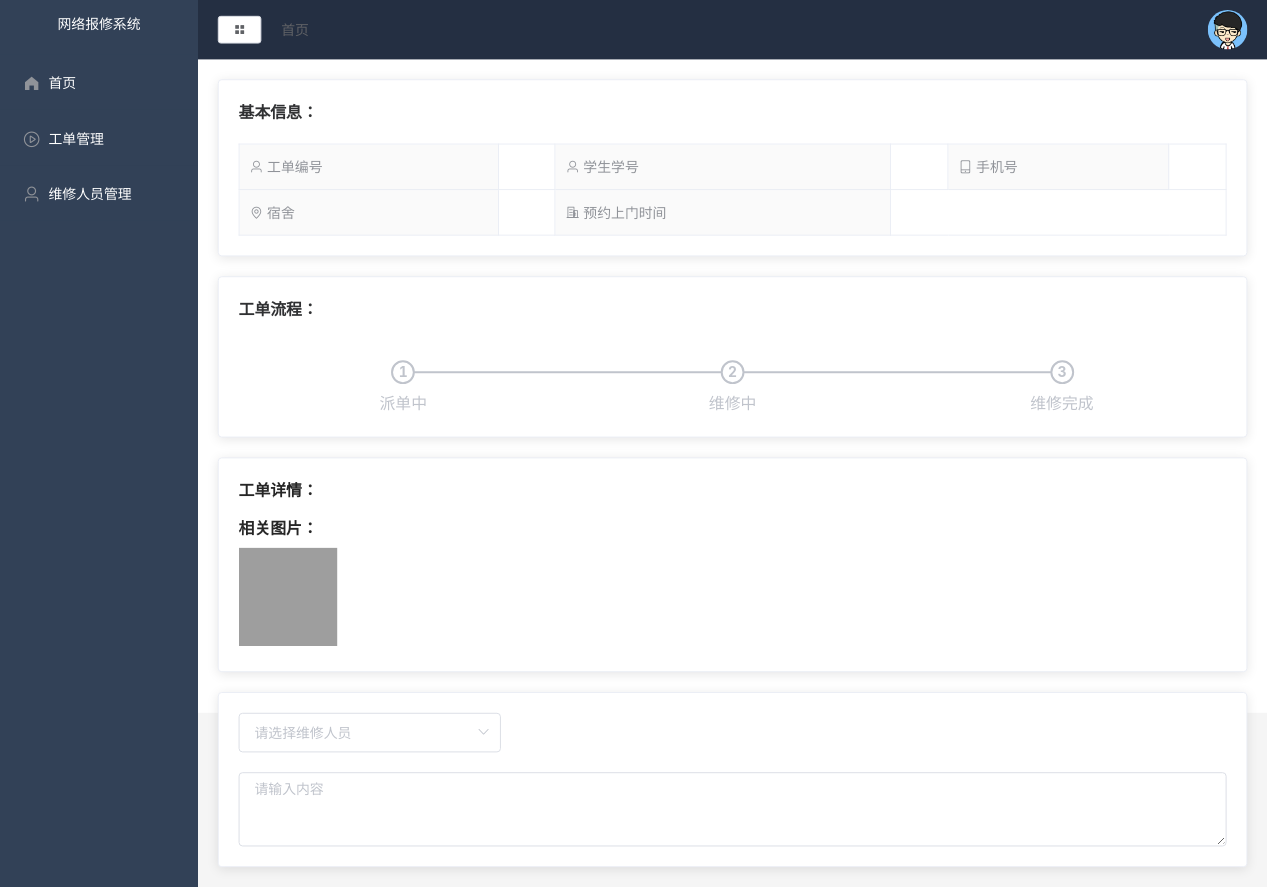
Repository: LtheW/vue
Page: /repaired
These files come from the project's save history. The page is drawn as it stood at one moment and after the next save; the edit follows.
The browser window is 1280 px wide. The pictures show the whole page, at 99% of full size.
Pictures or frames that could not be fetched are drawn as grey boxes. The page's requests for data from a server got no answer. The project was rebuilt for these pictures with package versions that can differ from the ones it lists, and the page was loaded fresh each time. No one was signed in, and anything a server would have sent is missing. Also part of the build but not shown: vue.config.js, src/components/CommonTag.vue, src/views/Results/Submit.vue, src/views/Maintainer/Add.vue, src/assets/js/login.js, src/views/Login.vue, src/views/Results/Completed.vue.

Above is the page before, as saved 2022-03-31 19:17:46.

After the next save:
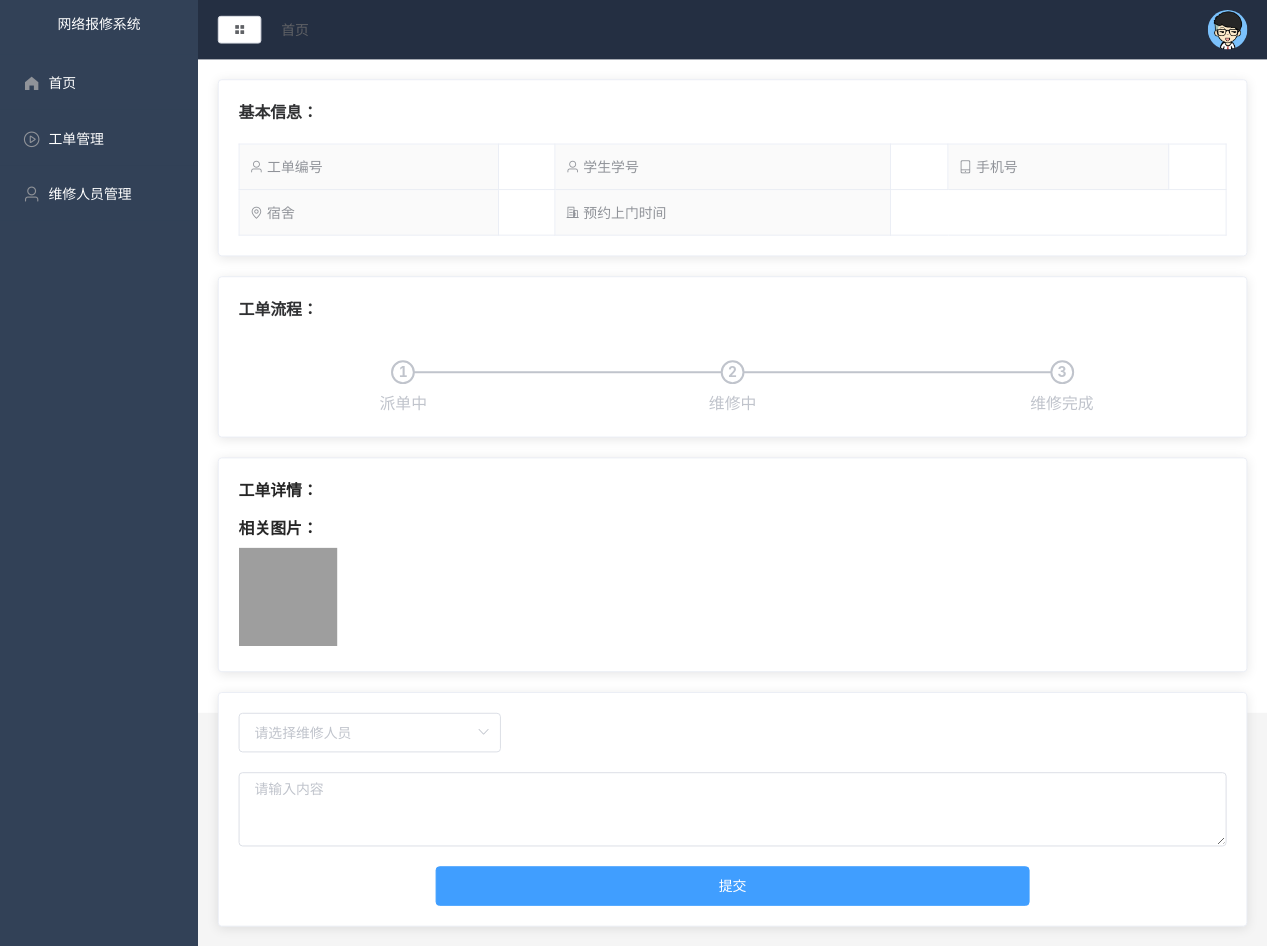
Saved 6 min 58 s later.
--- a/src/views/Results/Repaired.vue
+++ b/src/views/Results/Repaired.vue
@@ -98,6 +98,9 @@
                 v-model="textarea"
               >
               </el-input>
+              <div class="button">
+              <el-button type="primary" @click="onSubmit">提交</el-button>
+            </div>
             </div>
           </el-card>
         </div>
